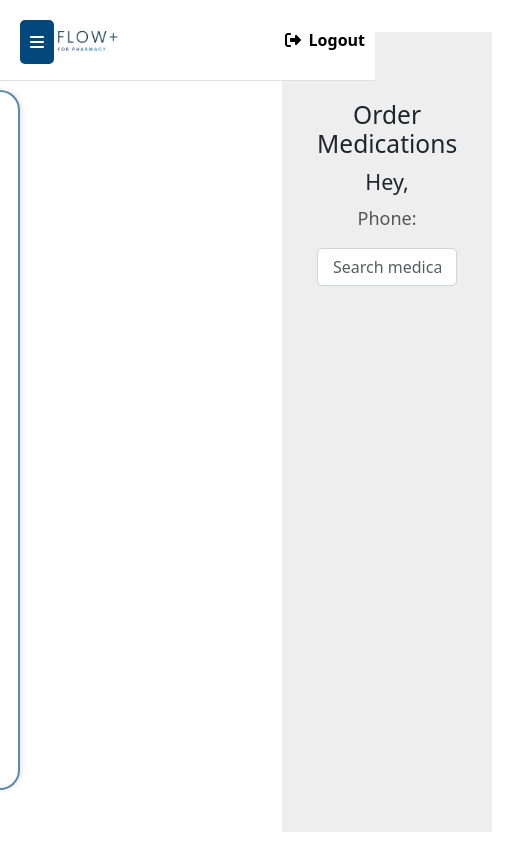
Repository: bindukabusara/Frontend
Page: /dash
The author's editor kept a copy of each file at every save. The page is drawn from the files as they stood at one save, then again after the next save.
The browser window is 375 px wide. The page is 524 px wide, then 518 px, so the pictures cover 524 px, including what lies to the right of the window. The pictures show the whole page.
The page's requests for data from a server got no answer. The project was rebuilt for these pictures with package versions that can differ from the ones it lists, and the page was loaded fresh each time. No one was signed in, and anything a server would have sent is missing. Also part of the build but not shown: vite.config.js, src/components/Home.jsx, src/components/authentification/Signup.css, src/components/authentification/Signup.jsx, src/components/authentification/Login.jsx, src/components/Pharmacy/Sidebar/Sidebar.jsx, src/components/Pharmacy/Sidebar/Navbar.jsx, src/components/Content/Dashboard.jsx and 11 more.

Above is the page before, as saved 2025-03-25 19:59:29.

### index.html
<!doctype html>
<html lang="en">

<head>
  <meta charset="UTF-8" />
  <link rel="icon" type="image/png" href="/Logo.png" />
  <meta name="viewport" content="width=device-width, initial-scale=1.0" />
  <title> FLOW +</title>

</head>

<body>
  <div id="root"></div>
  <script type="module" src="/src/main.jsx"></script>
</body>

</html>

### src/App.jsx
import Home from './components/Home';
import Signup from '../src/components/authentification/Signup'
import './App.css';
import 'bootstrap/dist/css/bootstrap.min.css';
import { BrowserRouter, Routes, Route } from 'react-router-dom';
import Login from '../src/components/authentification/Login';
import Sidebar from '../src/components/Pharmacy/Sidebar/Sidebar'
import Dashboard from '../src/components/Content/Dashboard'
import MedicationStore from './components/Content/MedicationStore';
import ExpiringMedications from "./components/Content/ExpiringMedications";
import Navbar from "./components/Pharmacy/Sidebar/Navbar";
import ReportP from "./components/Content/ReportP";
import OrderPage from './components/Content/OrderPage';

// Patient side
import Dash from './componentp/contents/Dash';
import Card from './componentp/contents/Card';

//store side
import Store from './components/saler/Content/store';
import DashboardS from './components/saler/Content/DashboardS';
import ExpiringMedicationsS from "./components/saler/Content/ExpiringMedicationsS";
import ReportS from "./components/saler/Content/ReportS";


function App() {
  return (
    <BrowserRouter>
      <Routes>
        <Route path="/" element={<Home />} index /> {/* Set Home as the default page */}
        <Route path='/navbar' element={<Navbar />} />
        <Route path='/home' element={<Home />} />
        <Route path="/dashboard" element={<Dashboard />} />
        <Route path='/register' element={<Signup />} />
        <Route path='/login' element={<Login />} />
        <Route path='/sidebar' element={<Sidebar />} />
        <Route path='/medications' element={<MedicationStore />} />
        <Route path="/expiring-medications" element={<ExpiringMedications />} />
        <Route path='/reportP' element={<ReportP/>}/>
        <Route path='/order' element={<OrderPage/>}/>

        <Route path='/dash' element={<Dash/>}/>
        <Route path='/card' element={<Card/>}/>

        <Route path='/store' element={<Store/>}/>
        <Route path="/dashboardS" element={<DashboardS />} />
        <Route path="/expiring-medicationsS" element={<ExpiringMedicationsS />} />
        <Route path='/reportS' element={<ReportS/>}/>

      </Routes>
    </BrowserRouter>
  );
}

export default App;

### src/App.css
#root {
  max-width: 1280px;
  margin: 0 auto;
  padding: 2rem;
  text-align: center;
}

.logo {
  height: 6em;
  padding: 1.5em;
  will-change: filter;
  transition: filter 300ms;
}
.logo:hover {
  filter: drop-shadow(0 0 2em #646cffaa);
}
.logo.react:hover {
  filter: drop-shadow(0 0 2em #61dafbaa);
}

@keyframes logo-spin {
  from {
    transform: rotate(0deg);
  }
  to {
    transform: rotate(360deg);
  }
}

@media (prefers-reduced-motion: no-preference) {
  a:nth-of-type(2) .logo {
    animation: logo-spin infinite 20s linear;
  }
}

.card {
  padding: 2em;
}

.read-the-docs {
  color: #ffffff;
}

### src/components/Content/ExpiringMedications.css
.expiring-medications-container {
    display: flex;
  }

  .main-content {
    flex: 1;
    padding: 20px;
  }

  .medication-image {
    width: 50px;
    height: 50px;
    object-fit: cover;
    border-radius: 5px;
  }
  .expiring-medications-container {
    display: flex;
  }

  .main-content {
    flex: 1;
    padding: 10px;
    background-color: #f8f9fa;
  }

  /* Card styling */
  .expired-card {
    background-color: #ff4444; /* Red background for expired medications */
    color: white; /* White text */
    border-radius: 10px;
    box-shadow: 0 4px 8px rgba(0, 0, 0, 0.1);
  }

  .expiring-soon-card {
    background-color: #ffb444; /* Orange background for expiring soon medications */
    color: white; /* White text */
    border-radius: 10px;
    box-shadow: 0 4px 8px rgba(0, 0, 0, 0.1);
  }

  .expiring-three-months-card {
    background-color: #44b4ff; /* Blue background for expiring in three months medications */
    color: white; /* White text */
    border-radius: 10px;
    box-shadow: 0 4px 8px rgba(0, 0, 0, 0.1);
  }

  /* Dropdown styling */
  .dropdown-toggle {
    width: 100%;
    text-align: left;
    background-color: transparent;
    border: none;
  }

  .dropdown-menu {
    width: 100%;
    max-height: 200px;
    overflow-y: auto;
  }

  .dropdown-item {
    padding: 10px;
    color: #333;
  }

  .dropdown-item:hover {
    background-color: #f8f9fa;
  }

  /* Description styling */
  p {
    margin-top: 10px;
    font-size: 14px;
    color: #fff;
  }

  .expiring-medications-container {
    display: flex;
  }

  .main-content {
    flex: 1;
    padding: 20px;
    background-color: #efeeee;
  }

  /* Card styling */
  .expired-card,
  .expiring-soon-card,
  .expiring-three-months-card {
    background-color: #ffffff; /* White background for cards */
    border-radius: 10px;
    box-shadow: 0 4px 8px rgba(0, 0, 0, 0.1);
    padding: 20px;
  }

  /* Button styling */
  .custom-button {
    background-color: #02487a; /* Blue background */
    color: white; /* White text */
    font-weight: bold; /* Bold text */
    border: none;
    padding: 10px 20px;
    border-radius: 5px;
    width: 100%;
    text-align: left;
    display: flex;
    align-items: center;
    transition: background-color 0.3s ease;
  }

  .custom-button:hover {
    background-color: #1a4661; /* Darker blue on hover */
  }

  /* Icon styling */
  .button-icon {
    margin-right: 10px;
    font-size: 18px;
  }

  /* Description styling */
  p {
    margin-top: 10px;
    font-size: 18px;
    color: #555;
  }

### src/components/Pharmacy/Sidebar/Navbar.css
/* Navbar Styles */
.navbar {
  background-color: #fff; /* Updated navbar color */
  color: #fff; /* White text */
  padding: 5px 10px;
  box-shadow: 0 2px 5px rgba(255, 255, 255, 0.1);
  position: fixed;
  top: 0;
  left: 0;
  width: 100%;
  z-index: 100;
  display: flex;
  align-items: center;
}

.navbar-content {
  display: flex;
  align-items: center;
  width: 100%;
  max-width: 1200px;
  margin: 0 auto;
}



.navbar-logo img {
  height: 70px; /* Adjust logo size */
}

/* Logout option styling */
.navbar-actions {
  margin-left: auto; /* Push logout to the extreme right */
  display: flex;
  align-items: center;
}

.navbar-actions .logout-option {
  color: #000000;
  cursor: pointer;
  font-size: 16px;
  display: flex;
  align-items: center;
  gap: 8px; /* Space between icon and text */
  transition: opacity 0.3s ease;
}

.navbar-actions .logout-option:hover {
  opacity: 0.8; /* Slight fade on hover */
}

/* Logout icon styling */
.navbar-actions .logout-option svg {
  width: 16px;
  height: 16px;
}

/* Logout Popup Overlay */
.logout-popup-overlay {
  position: fixed;
  top: 0;
  left: 0;
  width: 100%;
  height: 100%;
  background-color: rgba(0, 0, 0, 0.5); /* Semi-transparent black overlay */
  display: flex;
  justify-content: center;
  align-items: center;
  z-index: 1001;
}

/* Logout Popup */
.logout-popup {
  background-color: #fff;
  padding: 20px;
  border-radius: 10px;
  box-shadow: 0 2px 10px rgba(0, 0, 0, 0.1);
  text-align: center;
  max-width: 300px;
  width: 100%;
}

.logout-popup h3 {
  margin-bottom: 20px;
  color: #333;
}

.popup-buttons {
  display: flex;
  justify-content: center;
  gap: 10px;
}

.popup-buttons button {
  padding: 8px 16px;
  border: none;
  border-radius: 5px;
  cursor: pointer;
  font-size: 14px;
  transition: background-color 0.3s ease;
}

.popup-buttons .confirm-button {
  background-color: #ff4d4d; /* Red button */
  color: #fff;
}

.popup-buttons .confirm-button:hover {
  background-color: #e60000; /* Darker red on hover */
}

.popup-buttons .cancel-button {
  background-color: #1D328D; /* Updated navbar color */
  color: #fff;
}

.popup-buttons .cancel-button:hover {
  background-color: #16236b; /* Darker blue on hover */
}

### src/components/Content/order.css
.all-carts-page-container {
    padding: 20px;
  }

  .main-content {
    margin-left: 250px; /* Adjust based on your sidebar width */
  }

  .medication-image {
    width: 50px;
    height: 50px;
    object-fit: cover;
    margin-right: 10px;
  }

  .table td {
    vertical-align: middle; /* Align content vertically in the middle */
  }

  .modal-body {
    padding: 20px;
  }

  .modal-footer {
    justify-content: space-between;
  }

  /* Style the time input */
  input[type="time"] {
    padding: 8px;
    border: 1px solid #ccc;
    border-radius: 4px;
    width: 100%;
  }

  /* Style the "Add Another Time" button */
  .btn-secondary {
    margin-top: 10px;
  }

  .custom-table {
    width: 100%;
    border-collapse: collapse;
    margin-top: 20px;
    box-shadow: 0 4px 8px rgba(0, 0, 0, 0.1);
    background-color: #fff;
  }

  .custom-table th,
  .custom-table td {
    padding: 12px;
    text-align: left;
    border-bottom: 1px solid #ddd;
  }

  .custom-table th {
    background-color: #02487a;
    color: #fff;
    font-weight: bold;
    text-transform: uppercase;
    font-size: 12px;
  }

  .custom-table tbody tr:hover {
    background-color: #f1f1f1;
  }

  .custom-table tbody tr:nth-child(even) {
    background-color: #f9f9f9;
  }

  /* Medication Image Styling */
  .medication-image {
    width: 30px;
    height: 30px;
    border-radius: 5px;
    object-fit: cover;
  }

  /* Button Styling */
  .btn-primary {
    background-color:#02487a;
    border-color: #02487a;
    font-size: 14px;
    padding: 8px 16px;
  }

  .btn-primary:hover {
    background-color: #02487a;;
    border-color:#02487a;;
  }

### src/componentp/bar/NavbarP.jsx
import React, { useState } from 'react';
import { useNavigate } from 'react-router-dom'; // Use useNavigate for redirection
import { FontAwesomeIcon } from '@fortawesome/react-fontawesome';
import { faSignOutAlt } from '@fortawesome/free-solid-svg-icons'; // Logout icon
import './Navbar.css'; // Import the CSS file
import logo from './Logo.png'; // Import the logo image

function Navbar() {
  const [showLogoutPopup, setShowLogoutPopup] = useState(false);
  const navigate = useNavigate(); // Initialize useNavigate for redirection

  const handleLogoutClick = () => {
    setShowLogoutPopup(true);
  };

  const handleConfirmLogout = () => {
    // Perform logout logic here
    console.log('User logged out');

    // Clear user session or authentication state
    localStorage.removeItem('authToken'); // Example: Remove token from localStorage
    // You can also clear other user-related data if needed

    // Redirect to the login page or home page
    navigate('/login'); // Replace '/login' with the desired route

    // Close the popup
    setShowLogoutPopup(false);
  };

  const handleCancelLogout = () => {
    setShowLogoutPopup(false);
  };

  return (
    <>
      {/* Navbar */}
      <nav className="navbar">
        <div className="navbar-content">
          {/* Logo on the left */}
          <div className="navbar-logo">
            <img src={logo} alt="Logo" /> {/* Use the imported logo */}
          </div>

          {/* Logout option with icon and text */}
          <div className="navbar-actions">
            <div className="logout-option" onClick={handleLogoutClick}>
              <FontAwesomeIcon icon={faSignOutAlt} /> <strong>Logout</strong>
            </div>
          </div>
        </div>
      </nav>

      {/* Logout Confirmation Popup */}
      {showLogoutPopup && (
        <div className="logout-popup-overlay">
          <div className="logout-popup">
            <h3>Are you sure you want to log out?</h3>
            <div className="popup-buttons">
              <button className="confirm-button" onClick={handleConfirmLogout}>
                Yes, Logout
              </button>
              <button className="cancel-button" onClick={handleCancelLogout}>
                Cancel
              </button>
            </div>
          </div>
        </div>
      )}
    </>
  );
}

export default Navbar;

### src/componentp/contents/Orders.css
/* General Styles */
.order-container {
  display: flex;
  flex-direction: column;
  min-height: 100vh;
}

.main-content {
  flex-grow: 1;
  padding: 15px;
  margin-left: 250px; /* Default sidebar width */
  transition: margin-left 0.3s ease;
}

/* When sidebar is collapsed or not visible */
@media (max-width: 992px) {
  .main-content {
    margin-left: 0;
  }
}

h2 {
  text-align: center;
  margin-bottom: 10px;
}

/* Search Bar Styles */
.search-bar {
  margin-bottom: 20px;
}

.search-bar input {
  width: 100%;
  padding: 10px;
  border-radius: 5px;
  border: 1px solid #ddd;
  font-size: 16px;
  box-shadow: 0px 2px 4px rgba(0, 0, 0, 0.1);
}

.search-bar input:focus {
  border-color: #02487a;
  outline: none;
}

/* Medication Card Styles */
.med-card {
  border-radius: 10px;
  overflow: hidden;
  box-shadow: 0px 4px 8px rgba(0, 0, 0, 0.1);
  text-align: center;
  padding: 15px;
  background: white;
  transition: transform 0.2s ease-in-out;
  height: 320px;
  display: flex;
  flex-direction: column;
  justify-content: space-between;
  margin-bottom: 20px;
}

.med-card:hover {
  transform: translateY(-5px);
}

.med-img-container {
  display: flex;
  justify-content: center;
  align-items: center;
  height: 150px;
  background: #f8f8f8;
}

.med-img {
  max-height: 100%;
  max-width: 100%;
  object-fit: cover;
}

.med-name {
  font-size: 16px;
  font-weight: bold;
  margin: 10px 0;
}

.med-price {
  font-size: 14px;
  font-weight: bold;
  color: #007bff;
}

.add-btn {
  background-color: #02487a;
  color: white;
  border: none;
  font-size: 16px;
  font-weight: bold;
  border-radius: 5px;
  width: 100%;
  height: 40px;
  text-align: center;
  padding: 5px;
  margin-top: 10px;
}

.add-btn:hover {
  background-color: #02487a;
}

/* Cart Styles */
.cart-item {
  display: flex;
  align-items: center;
  justify-content: space-between;
  margin-bottom: 15px;
  padding: 10px;
  border-bottom: 1px solid #ddd;
}

.cart-img {
  width: 50px;
  height: 50px;
  object-fit: cover;
  border-radius: 5px;
}

.cart-controls {
  display: flex;
  align-items: center;
  gap: 5px;
}

.cart-controls button {
  border: none;
  font-size: 16px;
  width: 30px;
  height: 30px;
  border-radius: 5px;
}

.cart-controls button:first-child {
  background-color: #dc3545;
  color: white;
}

.cart-controls button:last-child {
  background-color: #02487a;
  color: white;
}

.cart-controls span {
  font-size: 16px;
  font-weight: bold;
  min-width: 30px;
  text-align: center;
}

/* Shopping Cart Styles */
.cart-summary {
  margin-top: 20px;
  padding: 15px;
  background: #f8f8f8;
  border-radius: 10px;
  position: sticky;
  bottom: 0;
  z-index: 1;
}

.cart-summary p {
  margin: 5px 0;
}

.cart-summary .total {
  font-size: 18px;
  font-weight: bold;
  margin-top: 10px;
}

.cart-summary .checkout-btn {
  background-color: #02487a;
  color: white;
  border: none;
  font-size: 16px;
  font-weight: bold;
  border-radius: 5px;
  width: 100%;
  height: 40px;
  text-align: center;
  padding: 5px;
  margin-top: 10px;
}

.cart-summary .checkout-btn:hover {
  background-color: #02487a;
}

.delete-icon {
  color: #dc3545;
  cursor: pointer;
  font-size: 18px;
}

/* Responsive Grid Adjustments */
@media (max-width: 1200px) {
  .med-card {
    height: auto;
  }
}

@media (max-width: 768px) {
  .main-content {
    padding: 10px;
  }

  .med-card {
    height: auto;
    padding: 10px;
  }

  .add-btn {
    font-size: 14px;
    height: 35px;
  }

  .cart-img {
    width: 40px;
    height: 40px;
  }
}

/* Update your existing media query for small devices */
@media (max-width: 576px) {
  .main-content {
    padding-left: 0;
    padding-right: 0;
    margin-left: 0;
  }

  .container {
    padding-left: 15px;
    padding-right: 15px;
  }

  .med-card {
    border-radius: 0;
    margin-bottom: 10px;
    box-shadow: none;
    border-bottom: 1px solid #eee;
  }

  .user-info {
    padding-left: 15px;
    padding-right: 15px;
  }

  .search-bar {
    padding-left: 15px;
    padding-right: 15px;
  }
}

### src/components/saler/Content/ExpiringMedications.css
.expiring-medications-container {
    display: flex;
  }

  .main-content {
    flex: 1;
    padding: 20px;
  }

  .medication-image {
    width: 50px;
    height: 50px;
    object-fit: cover;
    border-radius: 5px;
  }
  .expiring-medications-container {
    display: flex;
  }

  .main-content {
    flex: 1;
    padding: 10px;
    background-color: #f8f9fa;
  }

  /* Card styling */
  .expired-card {
    background-color: #ff4444; /* Red background for expired medications */
    color: white; /* White text */
    border-radius: 10px;
    box-shadow: 0 4px 8px rgba(0, 0, 0, 0.1);
  }

  .expiring-soon-card {
    background-color: #ffb444; /* Orange background for expiring soon medications */
    color: white; /* White text */
    border-radius: 10px;
    box-shadow: 0 4px 8px rgba(0, 0, 0, 0.1);
  }

  .expiring-three-months-card {
    background-color: #44b4ff; /* Blue background for expiring in three months medications */
    color: white; /* White text */
    border-radius: 10px;
    box-shadow: 0 4px 8px rgba(0, 0, 0, 0.1);
  }

  /* Dropdown styling */
  .dropdown-toggle {
    width: 100%;
    text-align: left;
    background-color: transparent;
    border: none;
  }

  .dropdown-menu {
    width: 100%;
    max-height: 200px;
    overflow-y: auto;
  }

  .dropdown-item {
    padding: 10px;
    color: #333;
  }

  .dropdown-item:hover {
    background-color: #f8f9fa;
  }

  /* Description styling */
  p {
    margin-top: 10px;
    font-size: 14px;
    color: #fff;
  }

  .expiring-medications-container {
    display: flex;
  }

  .main-content {
    flex: 1;
    padding: 20px;
    background-color: #efeeee;
  }

  /* Card styling */
  .expired-card,
  .expiring-soon-card,
  .expiring-three-months-card {
    background-color: #ffffff; /* White background for cards */
    border-radius: 10px;
    box-shadow: 0 4px 8px rgba(0, 0, 0, 0.1);
    padding: 20px;
  }

  /* Button styling */
  .custom-button {
    background-color: #02487a; /* Blue background */
    color: white; /* White text */
    font-weight: bold; /* Bold text */
    border: none;
    padding: 10px 20px;
    border-radius: 5px;
    width: 100%;
    text-align: left;
    display: flex;
    align-items: center;
    transition: background-color 0.3s ease;
  }

  .custom-button:hover {
    background-color: #1a4661; /* Darker blue on hover */
  }

  /* Icon styling */
  .button-icon {
    margin-right: 10px;
    font-size: 18px;
  }

  /* Description styling */
  p {
    margin-top: 10px;
    font-size: 18px;
    color: #555;
  }

### src/componentp/bar/Navbar.css
/* Navbar Styles */
.navbar {
  background-color: #fff; /* Updated navbar color */
  color: #fff; /* White text */
  padding: 5px 10px;
  box-shadow: 0 2px 5px rgba(255, 255, 255, 0.1);
  position: fixed;
  top: 0;
  left: 0;
  width: 100%;
  z-index: 100;
  display: flex;
  align-items: center;
}

.navbar-content {
  display: flex;
  align-items: center;
  width: 100%;
  max-width: 1200px;
  margin: 0 auto;
}



.navbar-logo img {
  height: 70px; /* Adjust logo size */
}

/* Logout option styling */
.navbar-actions {
  margin-left: auto; /* Push logout to the extreme right */
  display: flex;
  align-items: center;
}

.navbar-actions .logout-option {
  color: #000000;
  cursor: pointer;
  font-size: 16px;
  display: flex;
  align-items: center;
  gap: 8px; /* Space between icon and text */
  transition: opacity 0.3s ease;
}

.navbar-actions .logout-option:hover {
  opacity: 0.8; /* Slight fade on hover */
}

/* Logout icon styling */
.navbar-actions .logout-option svg {
  width: 16px;
  height: 16px;
}

/* Logout Popup Overlay */
.logout-popup-overlay {
  position: fixed;
  top: 0;
  left: 0;
  width: 100%;
  height: 100%;
  background-color: rgba(0, 0, 0, 0.5); /* Semi-transparent black overlay */
  display: flex;
  justify-content: center;
  align-items: center;
  z-index: 1001;
}

/* Logout Popup */
.logout-popup {
  background-color: #fff;
  padding: 20px;
  border-radius: 10px;
  box-shadow: 0 2px 10px rgba(0, 0, 0, 0.1);
  text-align: center;
  max-width: 300px;
  width: 100%;
}

.logout-popup h3 {
  margin-bottom: 20px;
  color: #333;
}

.popup-buttons {
  display: flex;
  justify-content: center;
  gap: 10px;
}

.popup-buttons button {
  padding: 8px 16px;
  border: none;
  border-radius: 5px;
  cursor: pointer;
  font-size: 14px;
  transition: background-color 0.3s ease;
}

.popup-buttons .confirm-button {
  background-color: #ff4d4d; /* Red button */
  color: #fff;
}

.popup-buttons .confirm-button:hover {
  background-color: #e60000; /* Darker red on hover */
}

.popup-buttons .cancel-button {
  background-color: #1D328D; /* Updated navbar color */
  color: #fff;
}

.popup-buttons .cancel-button:hover {
  background-color: #16236b; /* Darker blue on hover */
}

### src/components/saler/Bar/Navbar.css
/* Navbar Styles */
.navbar {
  background-color: #fff; /* Updated navbar color */
  color: #fff; /* White text */
  padding: 5px 10px;
  box-shadow: 0 2px 5px rgba(255, 255, 255, 0.1);
  position: fixed;
  top: 0;
  left: 0;
  width: 100%;
  z-index: 100;
  display: flex;
  align-items: center;
}

.navbar-content {
  display: flex;
  align-items: center;
  width: 100%;
  max-width: 1200px;
  margin: 0 auto;
}



.navbar-logo img {
  height: 70px; /* Adjust logo size */
}

/* Logout option styling */
.navbar-actions {
  margin-left: auto; /* Push logout to the extreme right */
  display: flex;
  align-items: center;
}

.navbar-actions .logout-option {
  color: #000000;
  cursor: pointer;
  font-size: 16px;
  display: flex;
  align-items: center;
  gap: 8px; /* Space between icon and text */
  transition: opacity 0.3s ease;
}

.navbar-actions .logout-option:hover {
  opacity: 0.8; /* Slight fade on hover */
}

/* Logout icon styling */
.navbar-actions .logout-option svg {
  width: 16px;
  height: 16px;
}

/* Logout Popup Overlay */
.logout-popup-overlay {
  position: fixed;
  top: 0;
  left: 0;
  width: 100%;
  height: 100%;
  background-color: rgba(0, 0, 0, 0.5); /* Semi-transparent black overlay */
  display: flex;
  justify-content: center;
  align-items: center;
  z-index: 1001;
}

/* Logout Popup */
.logout-popup {
  background-color: #fff;
  padding: 20px;
  border-radius: 10px;
  box-shadow: 0 2px 10px rgba(0, 0, 0, 0.1);
  text-align: center;
  max-width: 300px;
  width: 100%;
}

.logout-popup h3 {
  margin-bottom: 20px;
  color: #333;
}

.popup-buttons {
  display: flex;
  justify-content: center;
  gap: 10px;
}

.popup-buttons button {
  padding: 8px 16px;
  border: none;
  border-radius: 5px;
  cursor: pointer;
  font-size: 14px;
  transition: background-color 0.3s ease;
}

.popup-buttons .confirm-button {
  background-color: #ff4d4d; /* Red button */
  color: #fff;
}

.popup-buttons .confirm-button:hover {
  background-color: #e60000; /* Darker red on hover */
}

.popup-buttons .cancel-button {
  background-color: #1D328D; /* Updated navbar color */
  color: #fff;
}

.popup-buttons .cancel-button:hover {
  background-color: #16236b; /* Darker blue on hover */
}

Loaded but not shown: src/main.jsx (common file); src/index.css (common file); src/componentp/contents/Dash.jsx (269 lines, source omitted); src/components/Content/MedicationStore.css (337 lines, source omitted); src/components/Home.css (293 lines, source omitted); src/components/Content/Dashboard.css (222 lines, source omitted); src/components/saler/Content/Dashboard.css (222 lines, source omitted); src/componentp/bar/sidebar.css (187 lines, source omitted); src/componentp/bar/SidebarP.jsx (130 lines, source omitted); src/components/saler/Bar/sidebar.css (134 lines, source omitted); src/components/saler/Content/Report.css (163 lines, source omitted); src/components/Content/Report.css (163 lines, source omitted); src/components/Pharmacy/Sidebar/sidebar.css (153 lines, source omitted); src/components/saler/Content/store.css (no stored copy; drawn as an empty file)

After the next save:
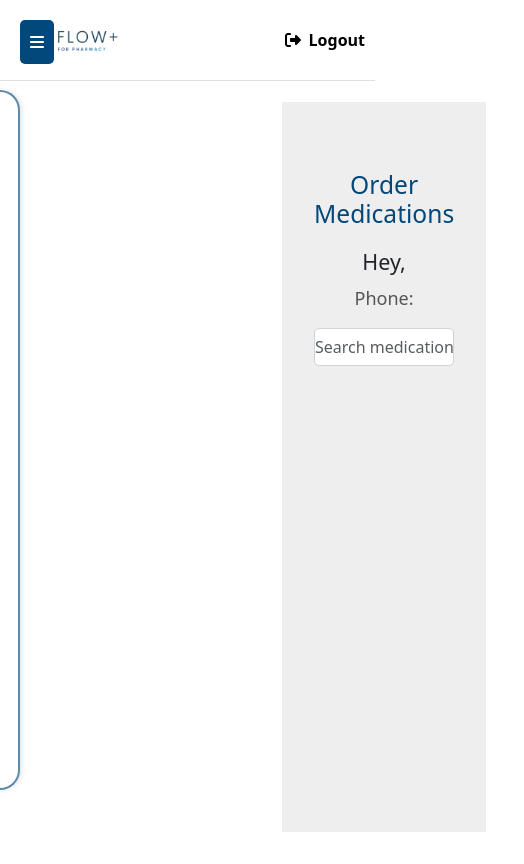
Saved 111 s later.
--- a/src/componentp/contents/Orders.css
+++ b/src/componentp/contents/Orders.css
@@ -3,25 +3,27 @@
   display: flex;
   flex-direction: column;
   min-height: 100vh;
+  padding-top: 70px;
 }
 
 .main-content {
   flex-grow: 1;
-  padding: 15px;
-  margin-left: 250px; /* Default sidebar width */
+  padding: 20px;
+  margin-left: 320px;
   transition: margin-left 0.3s ease;
 }
 
-/* When sidebar is collapsed or not visible */
-@media (max-width: 992px) {
+@media (max-width: 768px) {
   .main-content {
     margin-left: 0;
+    padding: 15px;
   }
 }
 
 h2 {
   text-align: center;
-  margin-bottom: 10px;
+  margin-bottom: 20px;
+  color: #02487a;
 }
 
 /* Search Bar Styles */
@@ -228,33 +230,25 @@ h2 {
   }
 }
 
-/* Update your existing media query for small devices */
 @media (max-width: 576px) {
   .main-content {
+    padding-left: 15px;
+    padding-right: 15px;
+  }
+
+  .med-card {
+    border-radius: 10px;
+    margin-bottom: 15px;
+    box-shadow: 0px 2px 4px rgba(0, 0, 0, 0.1);
+  }
+
+  .user-info {
     padding-left: 0;
     padding-right: 0;
-    margin-left: 0;
-  }
-
-  .container {
-    padding-left: 15px;
-    padding-right: 15px;
-  }
-
-  .med-card {
-    border-radius: 0;
-    margin-bottom: 10px;
-    box-shadow: none;
-    border-bottom: 1px solid #eee;
-  }
-
-  .user-info {
-    padding-left: 15px;
-    padding-right: 15px;
   }
 
   .search-bar {
-    padding-left: 15px;
-    padding-right: 15px;
-  }
-}
+    padding-left: 0;
+    padding-right: 0;
+  }
+}
